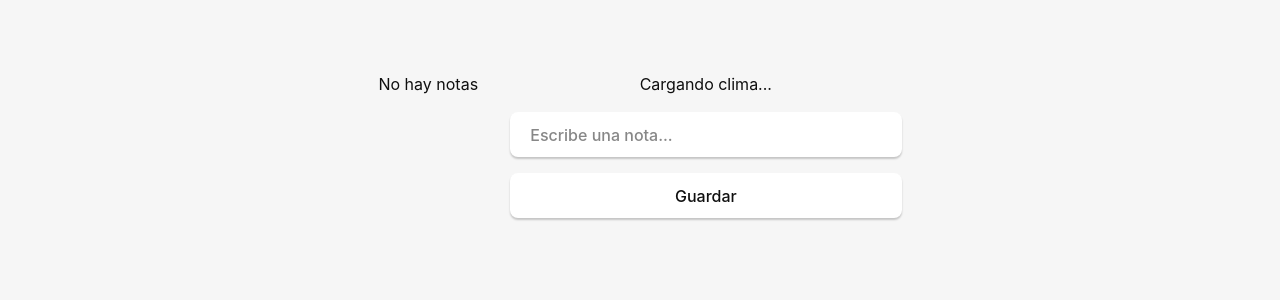
Repository: CodeByEvans/my-romantic-widget
Page: /
An editor plug-in stored every save of this project. The page is shown before and after the next save, followed by the edit.
The browser window is 1280 px wide. The pictures show the whole page.
The page's requests for data from a server got no answer. The project was rebuilt for these pictures with package versions that can differ from the ones it lists, and the page was loaded fresh each time. No one was signed in, and anything a server would have sent is missing. Also part of the build but not shown: vite.config.ts.

Above is the page before, as saved 2025-11-03 20:31:21.

After the next save:
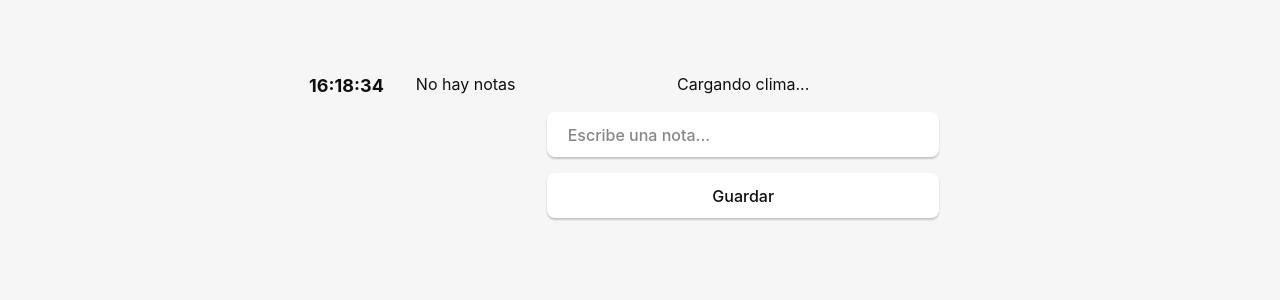
Saved 12 s later.
--- a/src/App.tsx
+++ b/src/App.tsx
@@ -1,4 +1,5 @@
 import "./App.css";
+import { Clock } from "./components/Clock";
 import { NoteInput } from "./components/NoteInput";
 import { NotesList } from "./components/NotesList";
 import { WeatherWidget } from "./components/WeatherWidget";
@@ -7,11 +8,13 @@ function App() {
   return (
     <main className="container mx-auto p-4">
       <section className="flex flex-row gap-8  max-w-4xl mx-auto">
+        <Clock />
         <NotesList />
         <div>
           <WeatherWidget />
           <NoteInput />
         </div>
+        <div></div>
       </section>
     </main>
   );
